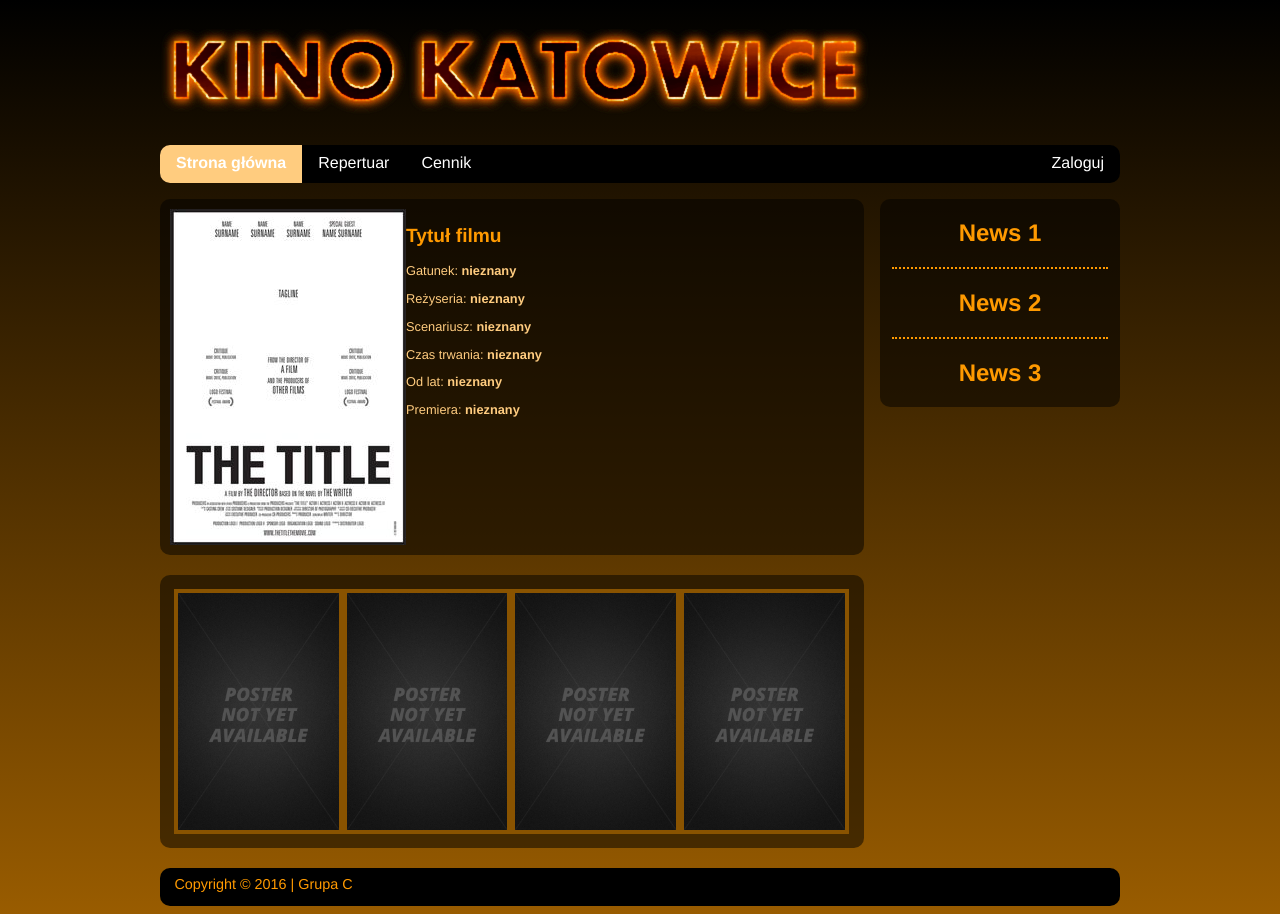
Repository: Gate4/Grupa-C
Page: http://localhost/KinoWebApp/WEB-INF/jsp/welcome.jsp
An editor plug-in stored every save of this project. The page is shown before and after the next save, followed by the edit.
The browser window is 1280 px wide. The pictures show the whole page.
Some web libraries are served in a nearby version. The page is served by Tomcat 9. Nobody is signed in. Other server files are loaded and not shown. The template is opened directly, without the code that normally fills it, so the values that code supplies are empty.

Above is the page before, as saved 2016-04-21 22:01:12.

### KinoWebApp/WebContent/WEB-INF/jsp/welcome.jsp
<%@page pageEncoding="UTF-8" contentType="text/html; charset=UTF-8"%>
<%@ taglib prefix="spring" uri="http://www.springframework.org/tags"%>
<!DOCTYPE html>
<html>
<head>


<spring:url value="/resources/style.css" var="styleCSS" />
<link href="${styleCSS}" rel="stylesheet" />
<script
	src="https://ajax.googleapis.com/ajax/libs/jquery/2.1.3/jquery.min.js"></script>
<link href="${styleCSS}" rel="stylesheet" />
<title>Kino</title>
</head>

<body>
	<div id="page">
		<header>
			<h1 id="logo">
				<img src="img/logo.png" alt="Kino Katowice">
			</h1>

			<nav class="clear">
				<ul>
					<li><a class="active" href='#'>Strona główna</a></li>
					<li><a href='#'>Repertuar</a></li>
					<li><a href='#'>Cennik</a></li>
					<li><a href='#'>Zaloguj</a></li>
				</ul>
			</nav>
		</header>


		<div id="content" role="main">
			<section class="primary">
				<section class="tile">
					<img src="resources/img/poster1.jpg" alt="Tytuł filmu 1">
					<h2>Tytuł filmu</h2>
					<p>Gatunek: <span>nieznany</span></p>
					<p>Reżyseria: <span>nieznany</span></p>
					<p>Scenariusz: <span>nieznany</span></p>
					<p>Czas trwania: <span>nieznany</span></p>
					<p>Od lat: <span>nieznany</span></p>
					<p>Premiera: <span>nieznany</span></p>
				</section>

				<section class="tile">
					<section class="poster">
						<a href='#'><img src="resources/img/poster4.jpg"
							alt="Tytuł filmu 1"></a>
					</section>
					<section class="poster">
						<a href='#'><img src="resources/img/poster4.jpg"
							alt="Tytuł filmu 2"></a>
					</section>
					<section class="poster">
						<a href='#'><img src="resources/img/poster4.jpg"
							alt="Tytuł filmu 3"></a>
					</section>
					<section class="poster">
						<a href='#'><img src="resources/img/poster4.jpg"
							alt="Tytuł filmu 4"></a>
					</section>
				</section>

			</section>

			<aside class="secondary">
				<section>
					<h2>News 1</h2>
					<p>${message}</p>
				</section>
				<hr>
				<section>
					<h2>News 2</h2>
					<p>${message}</p>
				</section>
				<hr>
				<section>
					<h2>News 3</h2>
					<p>${message}</p>
				</section>
			</aside>
		</div>

		<footer class="clear">
			<section class="footer">
				<p>Copyright © 2016 | Grupa C</p>
			</section>
		</footer>
	</div>

</body>

</html>

### KinoWebApp/WebContent/resources/style.css
body{
	background: #000000;
	background: linear-gradient(#000000, #995c00);
	color: #FF9A00;
	font-family: Helvetica, Verdana, sans;
}

#page{
	width: 960px;
	margin: 0 auto;
}

#logo, .primary, .poster, .tile{
	float: left;
}

#contact, .secondary{
	float: right;
}

.clear{
	clear: both;
}

.primary{
	width: 75%;
}

.secondary{
	border-radius: 10px;
	background-color: #000000;
	background-color: rgba(0,0,0,0.5);
	width: 25%;
}

.secondary p,.tile p{
	margin-left: 1em;
	text-align: left;
	color: #FFCC7F;
}

.secondary h2{
	text-align: center;
}

.secondary hr{
	border: none;
	border-top: 2px dotted #FF9A00;
	width: 90%;
}

nav ul{
	border-radius: 10px;
	background-color: #000000;
	min-height: 2.4em;
	list-style: none;
	padding: 0;
}

nav ul li{
	display: inline;
	padding: 5px 1em;
}

nav ul li a{
	display: block;
	float: left;
	height: 1.2em;
	padding: 0.6em 1em;
	margin: 0;
	color: #fff;
	text-decoration: none;
}

nav ul li a:hover, a.active{
	background: #FFCC7F;
	font-weight: bold;
}

nav ul li:last-child{
	float: right;
	padding: 0;
}

nav ul li:first-child a:hover, nav ul li:first-child a.active{
	border-radius: 10px 0 0 10px;
}

nav ul li:last-child a:hover, nav ul li:last-child a.active{
	border-radius: 0 10px 10px 0;
}


.hidden{
	display: none;
}

.poster{
	width: 23.5%;
	padding: 4px 4px 4px 4px;
}

.poster img{
	border-style: solid;
    border-width: 4px;
    border-color: #895300;
	width: 100%;
}

.poster img:hover{
	border-style: solid;
    border-width: 4px;
    border-color: #ffb13b;
	width: 100%;
}


.tile{
    border-radius: 10px;
	background-color: #000000;
	background-color: rgba(0,0,0,0.5);
    width: 95%;

    color: #FF9A00;

    font-size: 0.8em;

    text-align: left;

    margin: 0px 20px 20px 0px;

    padding: 10px 10px 10px 10px;

    border-radius: 10px;
}

.tile img{
	float: left;
}

.tile p span{
    font-weight: bold;
}


.footer{
	border-radius: 10px;
	background-color: #000000;
	min-height: 2.4em;
	padding: 0 0px 0 0;
}

.footer p{
	font-size: 0.9em;
	padding: 0.6em 1em;
}

After the next save:
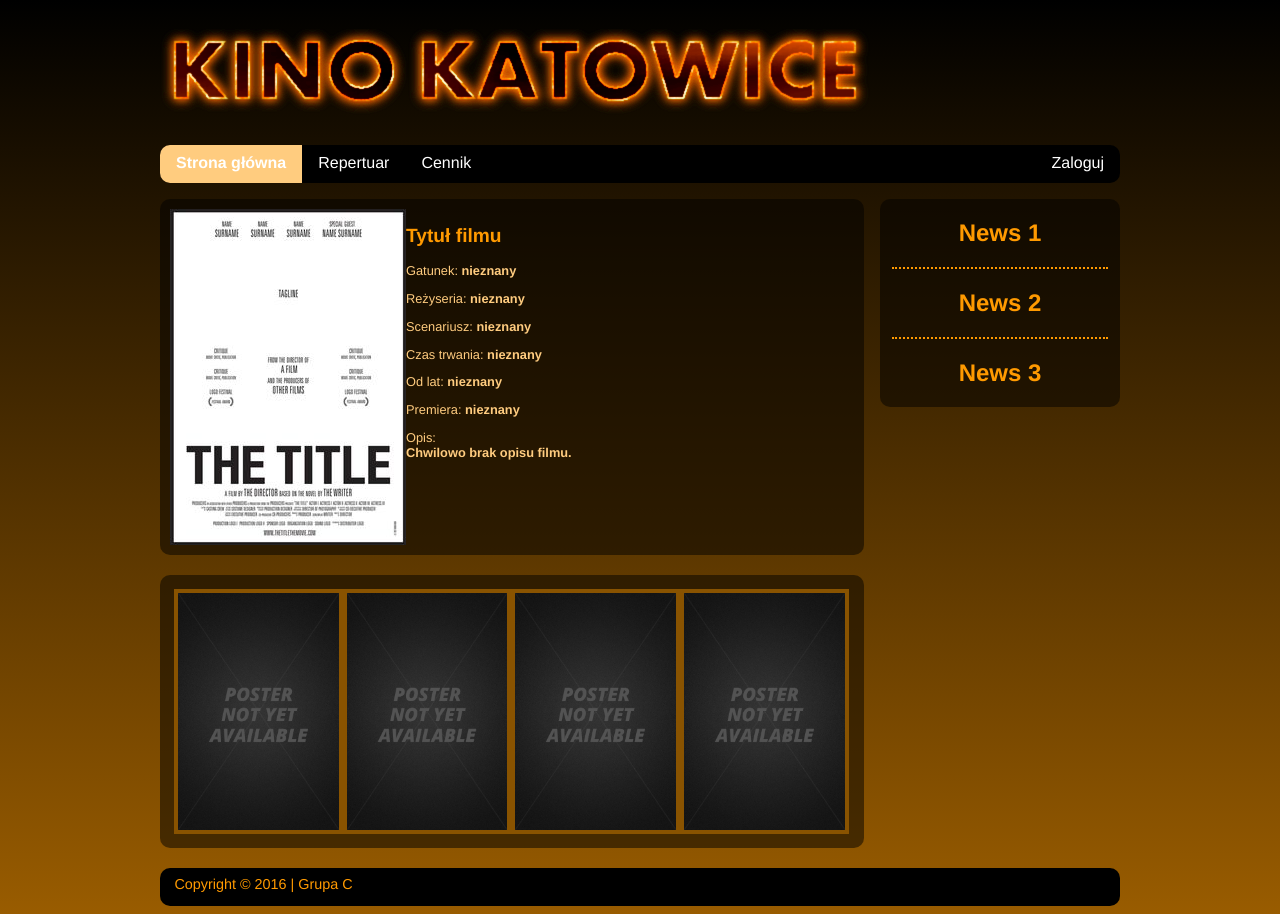
Saved 43 s later.
--- a/KinoWebApp/WebContent/WEB-INF/jsp/welcome.jsp
+++ b/KinoWebApp/WebContent/WEB-INF/jsp/welcome.jsp
@@ -42,6 +42,7 @@
 					<p>Czas trwania: <span>nieznany</span></p>
 					<p>Od lat: <span>nieznany</span></p>
 					<p>Premiera: <span>nieznany</span></p>
+					<p>Opis:<br> <span>Chwilowo brak opisu filmu.</span></p>
 				</section>
 
 				<section class="tile">
